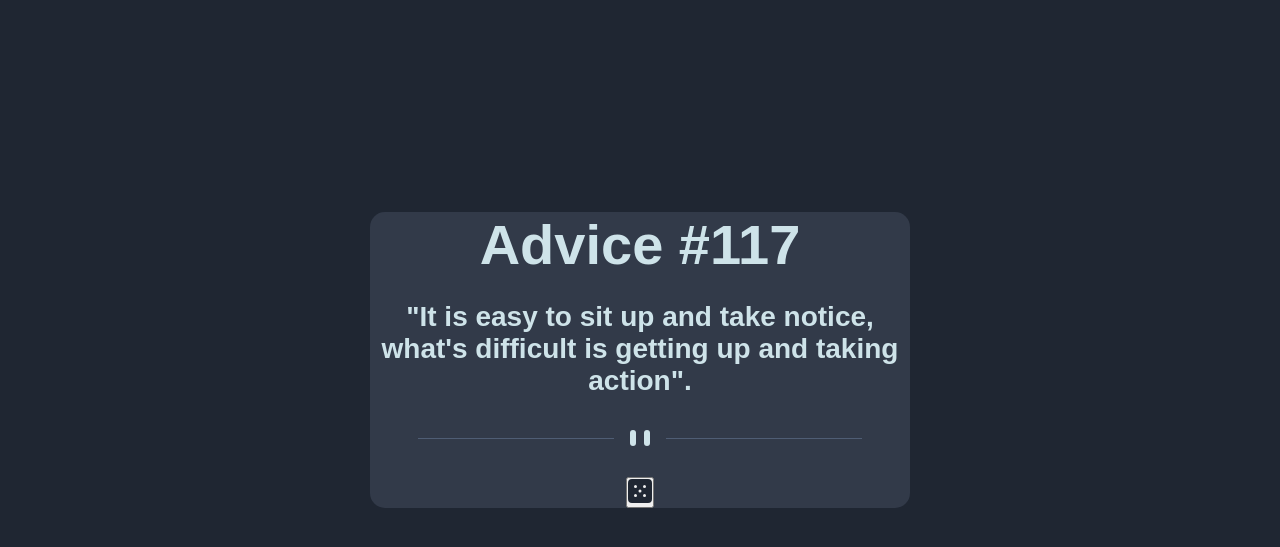
Repository: Daki-builds/advice-generator-app
Page: index.html
These files come from the project's save history. The page is drawn as it stood at one moment and after the next save; the edit follows.
The browser window is 1280 px wide. The pictures show the whole page.

Above is the page before, as saved 2026-10-08 18:51:12.

After the next save:
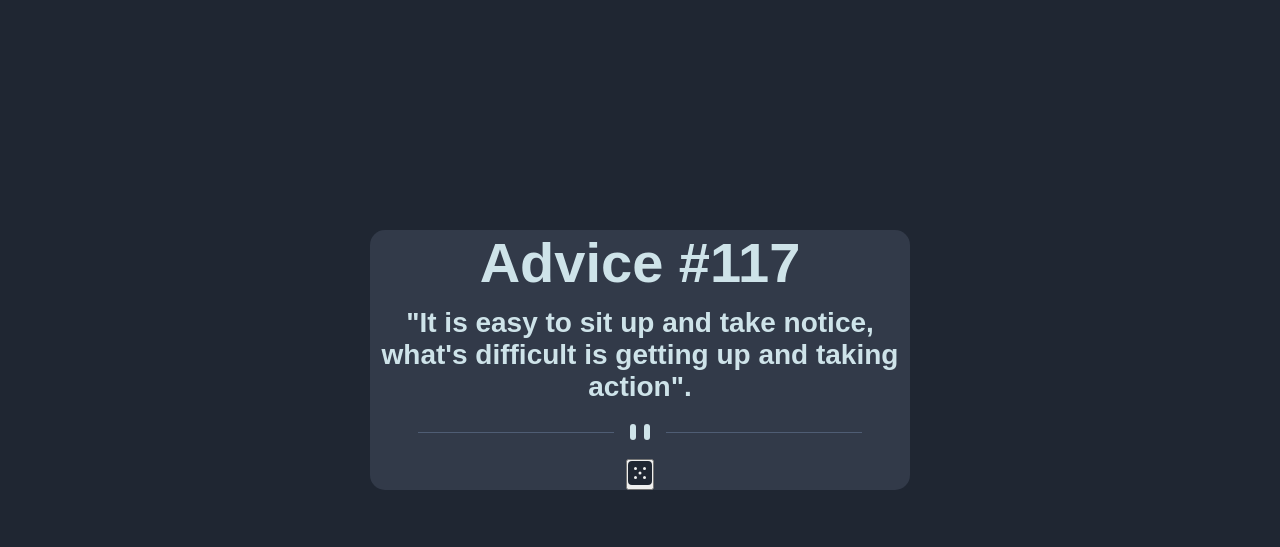
Saved 18 s later.
--- a/style.css
+++ b/style.css
@@ -34,7 +34,7 @@ body {
   display: flex;
   flex-direction: column;
   align-items: center;
-  gap: 24px;
+  gap: 12px;
   width: 100%;
   max-width: 540px;
   border-radius: 15px;
